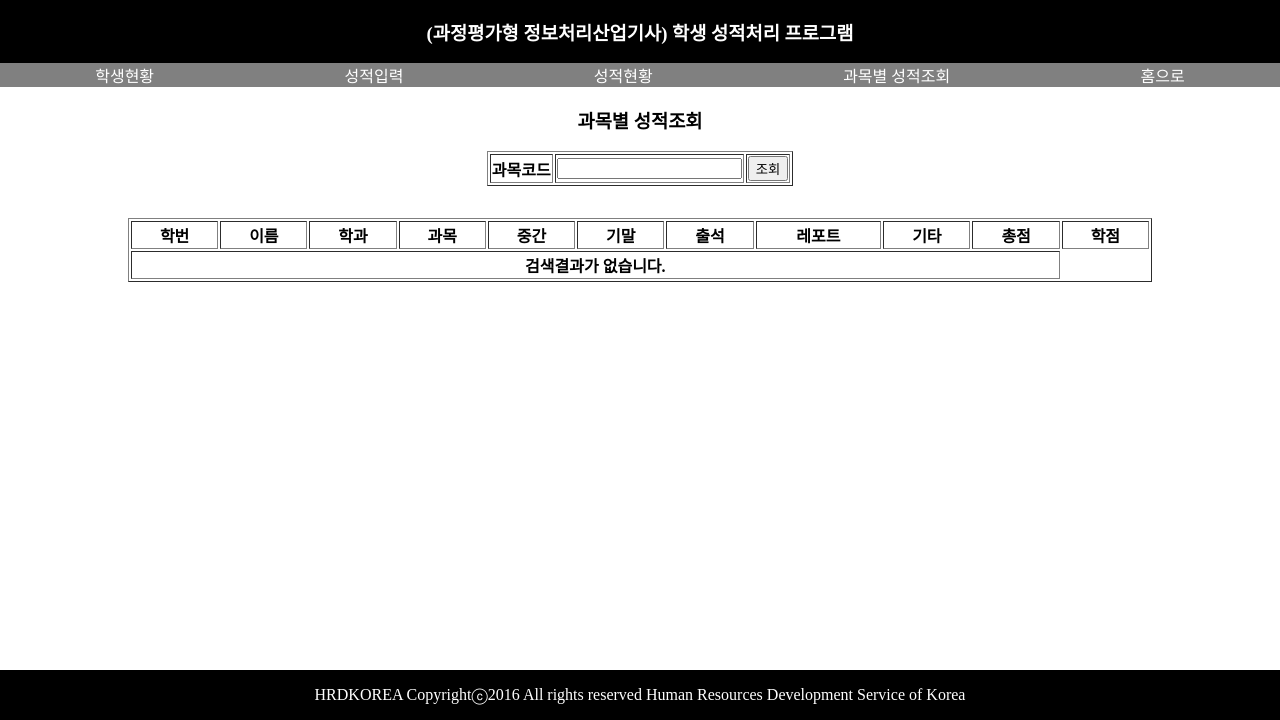
Repository: junjuny0227/jsp
Page: http://localhost/HRD_02/sub4.jsp
The author's editor kept a copy of each file at every save. The page is drawn from the files as they stood at one save, then again after the next save.
The browser window is 1280 px wide. The pictures show the whole page.
The page is served by Tomcat 9. Queries for data that is not in the repository find no rows.

Above is the page before, as saved 2025-05-09 10:33:50.

After the next save:
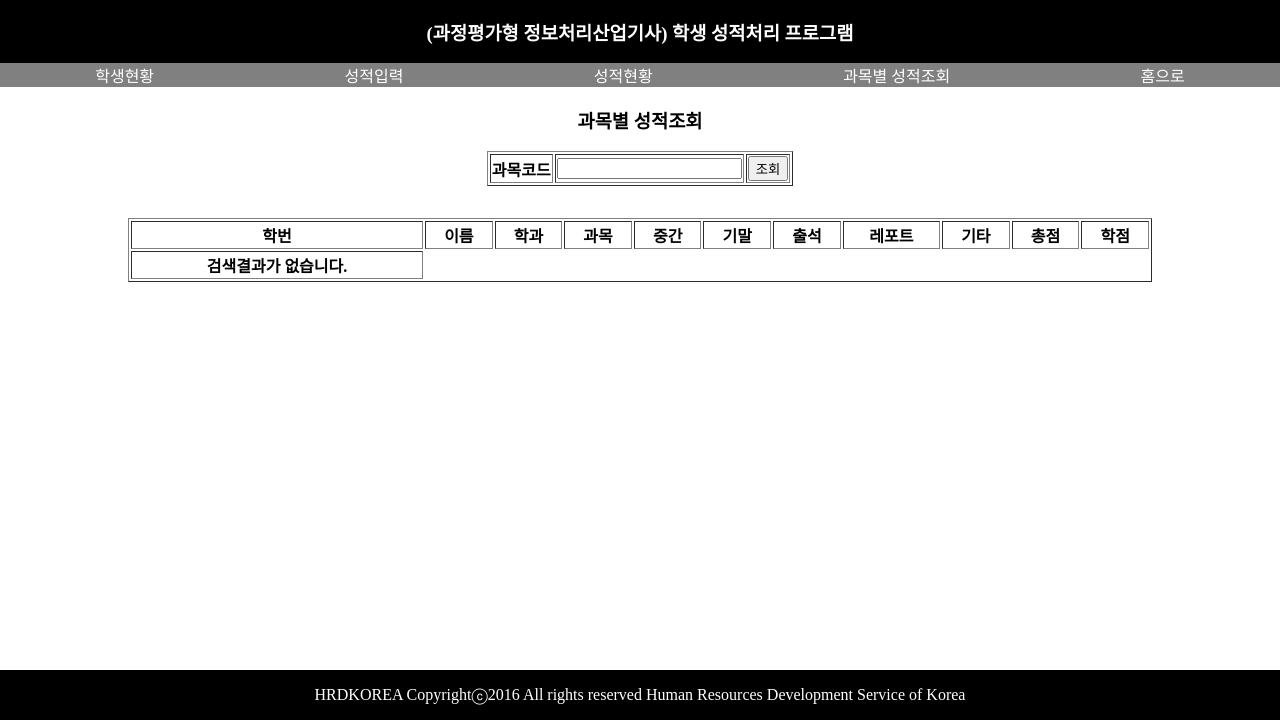
Saved 17 s later.
--- a/HRD_02/src/main/webapp/sub4.jsp
+++ b/HRD_02/src/main/webapp/sub4.jsp
@@ -68,7 +68,7 @@ List<SubjectDTO> list = dao.selectSub4(searchSubcode);
         </tr>
         <% if (list.size() == 0) { %>
         <tr>
-          <th colspan="10">검색결과가 없습니다.</th>
+          <th colspan="1">검색결과가 없습니다.</th>
         </tr>
         <% } else { %> <% for (SubjectDTO dto : list) { %>
         <tr align="center">
